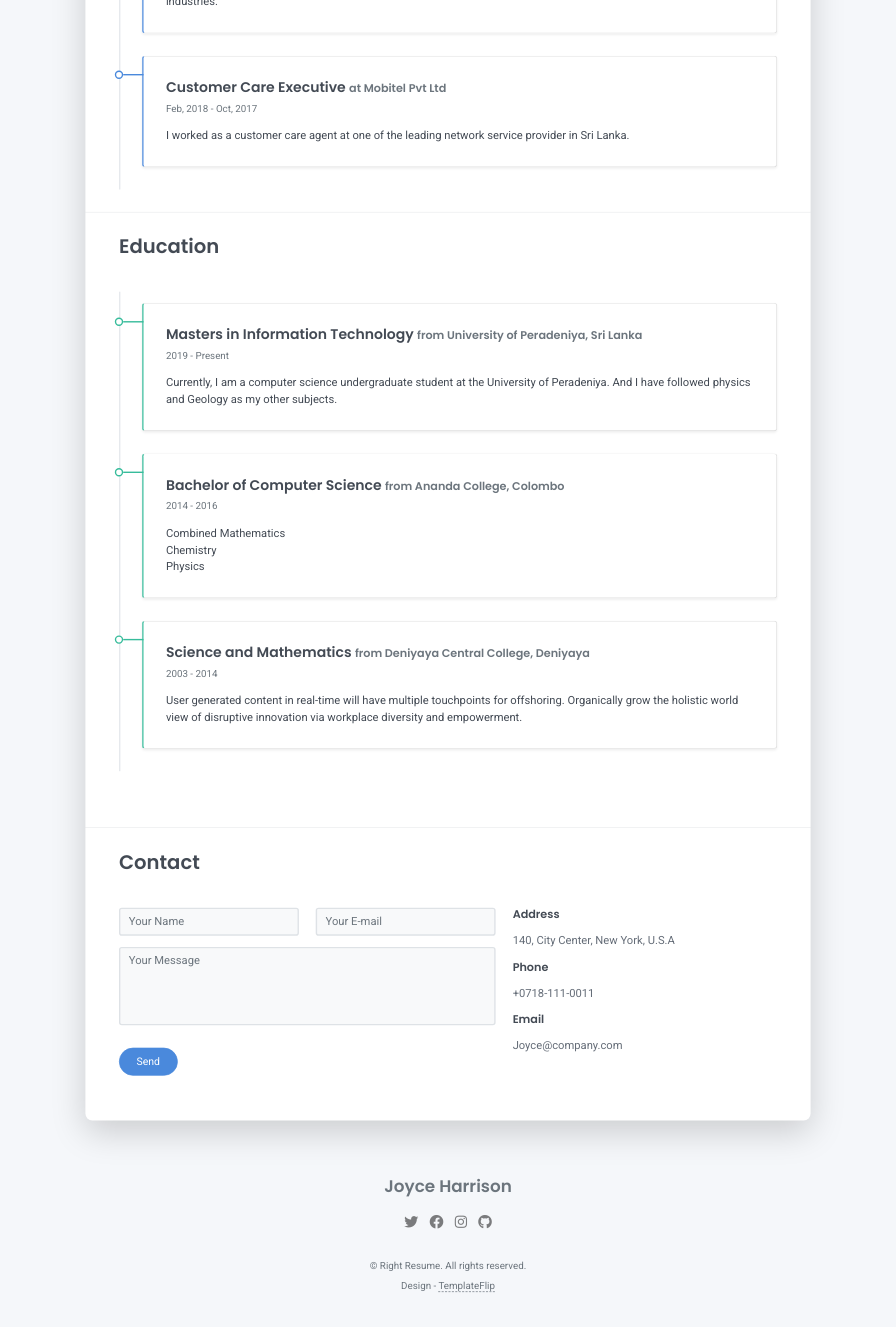
Repository: virangaj/resume
Page: index.html
An editor plug-in stored every save of this project. The page is shown before and after the next save, followed by the edit.
The browser window is 1280 px wide. The pictures show the part of the page from y = 1684 to 3604 px (the page is 3580 px tall before and 3604 px after), at 70% of full size.

Above is the page before, as saved 2021-08-31 19:44:01.

### index.html
<!DOCTYPE html>
<html lang="en-US">
	<head>
		<meta charset="UTF-8" />
		<meta http-equiv="X-UA-Compatible" content="IE=edge" />
		<meta name="viewport" content="width=device-width, initial-scale=1" />
		<title>Virang Jayawardana</title>
		<link
			rel="preconnect"
			href="https://fonts.gstatic.com"
			crossorigin="crossorigin"
		/>
		<link
			rel="preload"
			as="style"
			href="https://fonts.googleapis.com/css2?family=Poppins:wght@600&amp;family=Roboto:wght@300;400;500;700&amp;display=swap"
		/>
		<link
			rel="stylesheet"
			href="https://fonts.googleapis.com/css2?family=Poppins:wght@600&amp;family=Roboto:wght@300;400;500;700&amp;display=swap"
			media="print"
			onload="this.media='all'"
		/>
		<noscript>
			<link
				rel="stylesheet"
				href="https://fonts.googleapis.com/css2?family=Poppins:wght@600&amp;family=Roboto:wght@300;400;500;700&amp;display=swap"
			/>
		</noscript>
		<link href="css/font-awesome/css/all.min.css?ver=1.2.0" rel="stylesheet" />
		<link href="css/bootstrap.min.css?ver=1.2.0" rel="stylesheet" />
		<link href="css/aos.css?ver=1.2.0" rel="stylesheet" />
		<link href="css/main.css?ver=1.2.0" rel="stylesheet" />
		<noscript>
			<style type="text/css">
				[data-aos] {
					opacity: 1 !important;
					transform: translate(0) scale(1) !important;
				}
			</style>
		</noscript>
	</head>
	<body id="top">
		<header class="d-print-none">
			<div class="container text-center text-lg-left">
				<div class="py-3 clearfix">
					<h1 class="site-title mb-0">Virang Jayawardana</h1>
					<div class="site-nav">
						<nav role="navigation">
							<ul class="nav justify-content-center">
								<li class="nav-item">
									<a
										class="nav-link"
										href="https://twitter.com/VirangaPasi"
										title="Twitter"
										><i class="fab fa-twitter"></i
										><span class="menu-title sr-only">Twitter</span></a
									>
								</li>
								<li class="nav-item">
									<a
										class="nav-link"
										href="https://www.facebook.com/virangapasindu.jayawardana/"
										title="Facebook"
										><i class="fab fa-facebook"></i
										><span class="menu-title sr-only">Facebook</span></a
									>
								</li>
								<li class="nav-item">
									<a
										class="nav-link"
										href="https://www.instagram.com/pasiya_k9/"
										title="Instagram"
										><i class="fab fa-instagram"></i
										><span class="menu-title sr-only">Instagram</span></a
									>
								</li>
								<li class="nav-item">
									<a
										class="nav-link"
										href="https://github.com/Viranga-pasi"
										title="Github"
										><i class="fab fa-github"></i
										><span class="menu-title sr-only">Github</span></a
									>
								</li>
							</ul>
						</nav>
					</div>
				</div>
			</div>
		</header>
		<div class="page-content">
			<div class="container">
				<div class="cover shadow-lg bg-white">
					<div class="cover-bg p-3 p-lg-4 text-white">
						<div class="row">
							<div class="col-lg-4 col-md-5">
								<div class="avatar hover-effect bg-white shadow-sm p-1">
									<img src="images/avatar.jpg" width="200" height="200" />
								</div>
							</div>
							<div class="col-lg-8 col-md-7 text-center text-md-start">
								<h2 class="h1 mt-2" data-aos="fade-left" data-aos-delay="0">
									Joyce Harrison
								</h2>
								<p data-aos="fade-left" data-aos-delay="100">
									Undergraduate | Web Developer
								</p>
								<div
									class="d-print-none"
									data-aos="fade-left"
									data-aos-delay="200"
								>
									<a
										class="btn btn-light text-dark shadow-sm mt-1 me-1"
										href="right-resume.pdf"
										target="_blank"
										>Download CV</a
									><a class="btn btn-success shadow-sm mt-1" href="#contact"
										>Hire Me</a
									>
								</div>
							</div>
						</div>
					</div>
					<div class="about-section pt-4 px-3 px-lg-4 mt-1">
						<div class="row">
							<div class="col-md-6">
								<h2 class="h3 mb-3">About Me</h2>
								<p>
									Hello! I’m Viranga Jayawardana. I am passionate about new
									technologies and Web Design. I am a skilled Front-end
									Developer and amazing video editor.
								</p>
							</div>
							<div class="col-md-5 offset-md-1">
								<div class="row mt-2">
									<div class="col-sm-4">
										<div class="pb-1">Age</div>
									</div>
									<div class="col-sm-8">
										<div class="pb-1 text-secondary">24</div>
									</div>
									<div class="col-sm-4">
										<div class="pb-1">Email</div>
									</div>
									<div class="col-sm-8">
										<div class="pb-1 text-secondary">
											virangapasindu4@gmail.com
										</div>
									</div>
									<div class="col-sm-4">
										<div class="pb-1">Phone</div>
									</div>
									<div class="col-sm-8">
										<div class="pb-1 text-secondary">+94 71 530 9595</div>
									</div>
									<div class="col-sm-4">
										<div class="pb-1">Address</div>
									</div>
									<div class="col-sm-8">
										<div class="pb-1 text-secondary">
											Samanala, Galdola, Kotapola, Sri Lanka
										</div>
									</div>
								</div>
							</div>
						</div>
					</div>
					<hr class="d-print-none" />
					<div class="skills-section px-3 px-lg-4">
						<h2 class="h3 mb-3">Professional Skills</h2>
						<div class="row">
							<div class="col-md-6">
								<div class="mb-2">
									<span>HTML</span>
									<div class="progress my-1">
										<div
											class="progress-bar bg-primary"
											role="progressbar"
											data-aos="zoom-in-right"
											data-aos-delay="100"
											data-aos-anchor=".skills-section"
											style="width: 90%"
											aria-valuenow="90"
											aria-valuemin="0"
											aria-valuemax="100"
										></div>
									</div>
								</div>
								<div class="mb-2">
									<span>CSS</span>
									<div class="progress my-1">
										<div
											class="progress-bar bg-primary"
											role="progressbar"
											data-aos="zoom-in-right"
											data-aos-delay="200"
											data-aos-anchor=".skills-section"
											style="width: 85%"
											aria-valuenow="85"
											aria-valuemin="0"
											aria-valuemax="100"
										></div>
									</div>
								</div>
								<div class="mb-2">
									<span>JavaScript</span>
									<div class="progress my-1">
										<div
											class="progress-bar bg-primary"
											role="progressbar"
											data-aos="zoom-in-right"
											data-aos-delay="300"
											data-aos-anchor=".skills-section"
											style="width: 80%"
											aria-valuenow="80"
											aria-valuemin="0"
											aria-valuemax="100"
										></div>
									</div>
								</div>
								<div class="mb-2">
									<span>ReactJs</span>
									<div class="progress my-1">
										<div
											class="progress-bar bg-primary"
											role="progressbar"
											data-aos="zoom-in-right"
											data-aos-delay="300"
											data-aos-anchor=".skills-section"
											style="width: 75%"
											aria-valuenow="75"
											aria-valuemin="0"
											aria-valuemax="100"
										></div>
									</div>
								</div>
								<div class="mb-2">
									<span>Java</span>
									<div class="progress my-1">
										<div
											class="progress-bar bg-primary"
											role="progressbar"
											data-aos="zoom-in-right"
											data-aos-delay="300"
											data-aos-anchor=".skills-section"
											style="width: 70%"
											aria-valuenow="70"
											aria-valuemin="0"
											aria-valuemax="100"
										></div>
									</div>
								</div>
								<div class="mb-2">
									<span>C language</span>
									<div class="progress my-1">
										<div
											class="progress-bar bg-primary"
											role="progressbar"
											data-aos="zoom-in-right"
											data-aos-delay="300"
											data-aos-anchor=".skills-section"
											style="width: 70%"
											aria-valuenow="70"
											aria-valuemin="0"
											aria-valuemax="100"
										></div>
									</div>
								</div>
								<div class="mb-2">
									<span>Wordpress</span>
									<div class="progress my-1">
										<div
											class="progress-bar bg-primary"
											role="progressbar"
											data-aos="zoom-in-right"
											data-aos-delay="300"
											data-aos-anchor=".skills-section"
											style="width: 85%"
											aria-valuenow="85"
											aria-valuemin="0"
											aria-valuemax="100"
										></div>
									</div>
								</div>
							</div>
							<div class="col-md-6">
								<div class="mb-2">
									<span>Adobe Photoshop</span>
									<div class="progress my-1">
										<div
											class="progress-bar bg-success"
											role="progressbar"
											data-aos="zoom-in-right"
											data-aos-delay="400"
											data-aos-anchor=".skills-section"
											style="width: 80%"
											aria-valuenow="90"
											aria-valuemin="0"
											aria-valuemax="100"
										></div>
									</div>
								</div>
								<div class="mb-2">
									<span>Abode Premiere Pro</span>
									<div class="progress my-1">
										<div
											class="progress-bar bg-success"
											role="progressbar"
											data-aos="zoom-in-right"
											data-aos-delay="500"
											data-aos-anchor=".skills-section"
											style="width: 85%"
											aria-valuenow="85"
											aria-valuemin="0"
											aria-valuemax="100"
										></div>
									</div>
								</div>
								<div class="mb-2">
									<span>Adobe After Effect</span>
									<div class="progress my-1">
										<div
											class="progress-bar bg-success"
											role="progressbar"
											data-aos="zoom-in-right"
											data-aos-delay="600"
											data-aos-anchor=".skills-section"
											style="width: 75%"
											aria-valuenow="75"
											aria-valuemin="0"
											aria-valuemax="100"
										></div>
									</div>
								</div>
								<div class="mb-2">
									<span>Adobe XD</span>
									<div class="progress my-1">
										<div
											class="progress-bar bg-success"
											role="progressbar"
											data-aos="zoom-in-right"
											data-aos-delay="600"
											data-aos-anchor=".skills-section"
											style="width: 75%"
											aria-valuenow="75"
											aria-valuemin="0"
											aria-valuemax="100"
										></div>
									</div>
								</div>
								<div class="mb-2">
									<span>Microsoft Office</span>
									<div class="progress my-1">
										<div
											class="progress-bar bg-success"
											role="progressbar"
											data-aos="zoom-in-right"
											data-aos-delay="600"
											data-aos-anchor=".skills-section"
											style="width: 85%"
											aria-valuenow="85"
											aria-valuemin="0"
											aria-valuemax="100"
										></div>
									</div>
								</div>
							</div>
						</div>
					</div>
					<hr class="d-print-none" />
					<div class="work-experience-section px-3 px-lg-4">
						<h2 class="h3 mb-4">Work Experience</h2>
						<div class="timeline">
							<div class="timeline-card timeline-card-primary card shadow-sm">
								<div class="card-body">
									<div class="h5 mb-1">
										Web Master
										<span class="text-muted h6">at Computer Society</span>
									</div>
									<div class="text-muted text-small mb-2">
										Dec, 2020 - Present
									</div>
									<div>
										I worked as a webmaster in the computer society at the
										university of Peradeniya and mentored few web projects.
									</div>
								</div>
							</div>
							<div class="timeline-card timeline-card-primary card shadow-sm">
								<div class="card-body">
									<div class="h5 mb-1">
										Founder
										<span class="text-muted h6">at ImageZero</span>
									</div>
									<div class="text-muted text-small mb-2">
										Feb, 2019 - Present
									</div>
									<div>
										I’m the owner and founder of ImgageZero, which I used to
										output my talents since few years back. Quite good and
										amazing video editor in the range of different areas. And
										have 2-3 years of experience of working with massive to
										local industries.
									</div>
								</div>
							</div>
							<div class="timeline-card timeline-card-primary card shadow-sm">
								<div class="card-body">
									<div class="h5 mb-1">
										Customer Care Executive
										<span class="text-muted h6">at Mobitel Pvt Ltd</span>
									</div>
									<div class="text-muted text-small mb-2">
										Feb, 2018 - Oct, 2017
									</div>
									<div>
										I worked as a customer care agent at one of the leading
										network service provider in Sri Lanka.
									</div>
								</div>
							</div>
						</div>
					</div>
					<hr class="d-print-none" />
					<div class="page-break"></div>
					<div class="education-section px-3 px-lg-4 pb-4">
						<h2 class="h3 mb-4">Education</h2>
						<div class="timeline">
							<div class="timeline-card timeline-card-success card shadow-sm">
								<div class="card-body">
									<div class="h5 mb-1">
										Masters in Information Technology
										<span class="text-muted h6"
											>from University of Peradeniya, Sri Lanka</span
										>
									</div>
									<div class="text-muted text-small mb-2">2019 - Present</div>
									<div>
										Currently, I am a computer science undergraduate student at
										the University of Peradeniya. And I have followed physics
										and Geology as my other subjects.
									</div>
								</div>
							</div>
							<div class="timeline-card timeline-card-success card shadow-sm">
								<div class="card-body">
									<div class="h5 mb-1">
										Bachelor of Computer Science
										<span class="text-muted h6"
											>from Ananda College, Colombo</span
										>
									</div>
									<div class="text-muted text-small mb-2">2014 - 2016</div>
									<div>
										Combined Mathematics <br />Chemistry <br />Physics<br />
									</div>
								</div>
							</div>
							<div class="timeline-card timeline-card-success card shadow-sm">
								<div class="card-body">
									<div class="h5 mb-1">
										Science and Mathematics
										<span class="text-muted h6"
											>from Deniyaya Central College, Deniyaya</span
										>
									</div>
									<div class="text-muted text-small mb-2">2003 - 2014</div>
									<div>
										User generated content in real-time will have multiple
										touchpoints for offshoring. Organically grow the holistic
										world view of disruptive innovation via workplace diversity
										and empowerment.
									</div>
								</div>
							</div>
						</div>
					</div>
					<hr class="d-print-none" />
					<div class="contant-section px-3 px-lg-4 pb-4" id="contact">
						<h2 class="h3 text mb-3">Contact</h2>
						<div class="row">
							<div class="col-md-7 d-print-none">
								<div class="my-2">
									<form
										action="https://formspree.io/your@email.com"
										method="POST"
									>
										<div class="row">
											<div class="col-6">
												<input
													class="form-control"
													type="text"
													id="name"
													name="name"
													placeholder="Your Name"
													required
												/>
											</div>
											<div class="col-6">
												<input
													class="form-control"
													type="email"
													id="email"
													name="_replyto"
													placeholder="Your E-mail"
													required
												/>
											</div>
										</div>
										<div class="form-group my-2">
											<textarea
												class="form-control"
												style="resize: none"
												id="message"
												name="message"
												rows="4"
												placeholder="Your Message"
												required
											></textarea>
										</div>
										<button class="btn btn-primary mt-2" type="submit">
											Send
										</button>
									</form>
								</div>
							</div>
							<div class="col">
								<div class="mt-2">
									<h3 class="h6">Address</h3>
									<div class="pb-2 text-secondary">
										140, City Center, New York, U.S.A
									</div>
									<h3 class="h6">Phone</h3>
									<div class="pb-2 text-secondary">+0718-111-0011</div>
									<h3 class="h6">Email</h3>
									<div class="pb-2 text-secondary">Joyce@company.com</div>
								</div>
							</div>
							<div class="col d-none d-print-block">
								<div class="mt-2">
									<div>
										<div class="mb-2">
											<div class="text-dark">
												<i class="fab fa-twitter mr-1"></i
												><span>https://twitter.com/templateflip</span>
											</div>
										</div>
										<div class="mb-2">
											<div class="text-dark">
												<i class="fab fa-facebook mr-1"></i
												><span>https://www.facebook.com/templateflip</span>
											</div>
										</div>
										<div class="mb-2">
											<div class="text-dark">
												<i class="fab fa-instagram mr-1"></i
												><span>https://www.instagram.com/templateflip</span>
											</div>
										</div>
										<div class="mb-2">
											<div class="text-dark">
												<i class="fab fa-github mr-1"></i
												><span>https://github.com/templateflip</span>
											</div>
										</div>
									</div>
								</div>
							</div>
						</div>
					</div>
				</div>
			</div>
		</div>
		<footer class="pt-4 pb-4 text-muted text-center d-print-none">
			<div class="container">
				<div class="my-3">
					<div class="h4">Joyce Harrison</div>
					<div class="footer-nav">
						<nav role="navigation">
							<ul class="nav justify-content-center">
								<li class="nav-item">
									<a
										class="nav-link"
										href="https://twitter.com/templateflip"
										title="Twitter"
										><i class="fab fa-twitter"></i
										><span class="menu-title sr-only">Twitter</span></a
									>
								</li>
								<li class="nav-item">
									<a
										class="nav-link"
										href="https://www.facebook.com/templateflip"
										title="Facebook"
										><i class="fab fa-facebook"></i
										><span class="menu-title sr-only">Facebook</span></a
									>
								</li>
								<li class="nav-item">
									<a
										class="nav-link"
										href="https://www.instagram.com/templateflip"
										title="Instagram"
										><i class="fab fa-instagram"></i
										><span class="menu-title sr-only">Instagram</span></a
									>
								</li>
								<li class="nav-item">
									<a
										class="nav-link"
										href="https://github.com/templateflip"
										title="Github"
										><i class="fab fa-github"></i
										><span class="menu-title sr-only">Github</span></a
									>
								</li>
							</ul>
						</nav>
					</div>
				</div>
				<div class="text-small">
					<div class="mb-1">&copy; Right Resume. All rights reserved.</div>
					<div>
						Design -
						<a href="https://templateflip.com/" target="_blank">TemplateFlip</a>
					</div>
				</div>
			</div>
		</footer>
		<script src="scripts/bootstrap.bundle.min.js?ver=1.2.0"></script>
		<script src="scripts/aos.js?ver=1.2.0"></script>
		<script src="scripts/main.js?ver=1.2.0"></script>
	</body>
</html>

### css/main.css
/* Buttons */
/* Inputs */
/* Timeline custom component */
.timeline {
	border-left: 2px solid #e6e9ed;
	padding: 1rem 0;
}

.timeline-card {
	position: relative;
	margin-left: 31px;
	border-left: 2px solid;
	margin-bottom: 2rem;
}

.timeline-card:last-child {
	margin-bottom: 1rem;
}

.timeline-card:before {
	content: '';
	display: inline-block;
	position: absolute;
	background-color: #fff;
	border-radius: 10px;
	width: 12px;
	height: 12px;
	top: 20px;
	left: -41px;
	border: 2px solid;
	z-index: 2;
}

.timeline-card:after {
	content: '';
	display: inline-block;
	position: absolute;
	background-color: currentColor;
	width: 29px;
	height: 2px;
	top: 25px;
	left: -29px;
	z-index: 1;
}

.timeline-card-primary {
	border-left-color: #4a89dc;
}

.timeline-card-primary:before {
	border-color: #4a89dc;
}

.timeline-card-primary:after {
	background-color: #4a89dc;
}

.timeline-card-success {
	border-left-color: #37bc9b;
}

.timeline-card-success:before {
	border-color: #37bc9b;
}

.timeline-card-success:after {
	background-color: #37bc9b;
}

html {
	scroll-behavior: smooth;
}

.site-title {
	font-size: 1.25rem;
	line-height: 2.5rem;
}

.nav-link {
	padding: 0;
	font-size: 1.25rem;
	line-height: 2.5rem;
	color: rgba(0, 0, 0, 0.5);
}

.nav-link:hover,
.nav-link:focus,
.active .nav-link {
	color: rgba(0, 0, 0, 0.8);
}

.nav-item + .nav-item {
	margin-left: 1rem;
}

.cover {
	border-radius: 10px;
}

.cover-bg {
	background-color: #4a89dc;
	background-image: url("data:[embedded picture, 1696 characters]");
	border-radius: 10px 10px 0 0;
}

.avatar {
	max-width: 216px;
	max-height: 216px;
	margin-top: 20px;
	text-align: center;
	margin-left: auto;
	margin-right: auto;
}

.avatar img {
	/* Safari 6.0 - 9.0 */
	/* filter: grayscale(100%); */
}

footer a:not(.nav-link) {
	color: inherit;
	border-bottom: 1px dashed;
	text-decoration: none;
	cursor: pointer;
}

@media (min-width: 48em) {
	.site-title {
		float: left;
	}
	.site-nav {
		float: right;
	}
	.avatar {
		margin-bottom: -80px;
		margin-left: 0;
	}
}

@media print {
	body {
		background-color: #fff;
	}
	.container {
		width: auto;
		max-width: 100%;
		padding: 0;
	}
	.cover,
	.cover-bg {
		border-radius: 0;
	}
	.cover.shadow-lg {
		box-shadow: none !important;
	}
	.cover-bg {
		padding: 5rem !important;
		padding-bottom: 10px !important;
	}
	.avatar {
		margin-top: -10px;
	}
	.about-section {
		padding: 6.5rem 5rem 2rem !important;
	}
	.skills-section,
	.work-experience-section,
	.education-section,
	.contant-section {
		padding: 1.5rem 5rem 2rem !important;
	}
	.page-break {
		padding-top: 5rem;
		page-break-before: always;
	}
}

Loaded but not shown: css/font-awesome/css/all.min.css (library); css/bootstrap.min.css (library); css/aos.css (library); scripts/bootstrap.bundle.min.js (library); scripts/aos.js (library); scripts/main.js (common file)

After the next save:
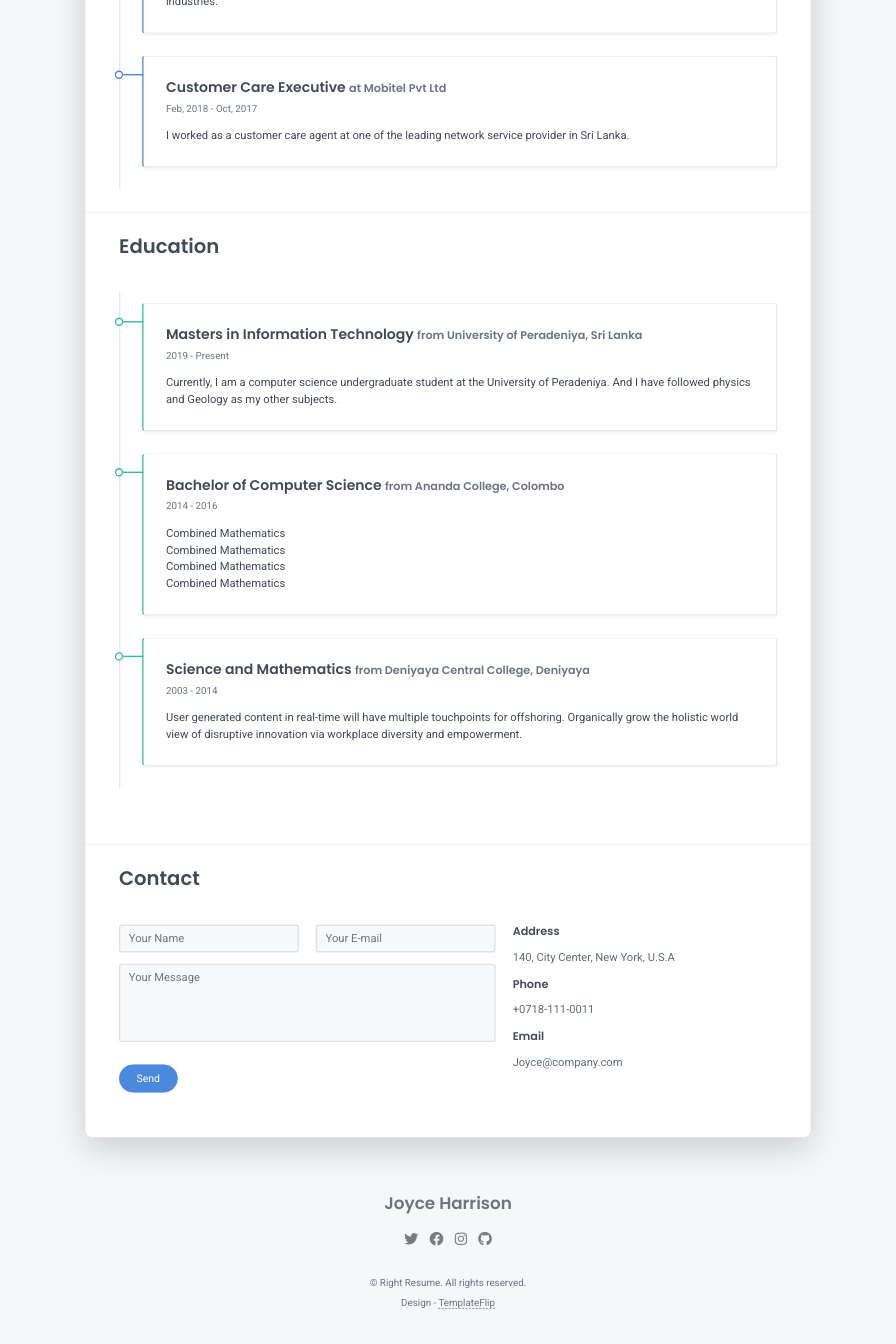
Saved 24 s later.
--- a/index.html
+++ b/index.html
@@ -454,9 +454,10 @@
 										>
 									</div>
 									<div class="text-muted text-small mb-2">2014 - 2016</div>
-									<div>
-										Combined Mathematics <br />Chemistry <br />Physics<br />
-									</div>
+									<div>Combined Mathematics</div>
+									<div>Combined Mathematics</div>
+									<div>Combined Mathematics</div>
+									<div>Combined Mathematics</div>
 								</div>
 							</div>
 							<div class="timeline-card timeline-card-success card shadow-sm">
